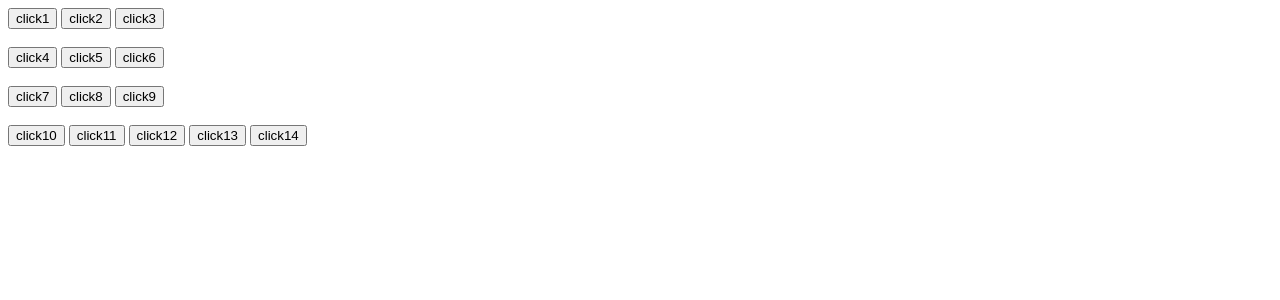
Repository: mirror-neuron/JsonStudy
Page: JsonApp01/WebContent/JsonTest10.html
An editor plug-in stored every save of this project. The page is shown before and after the next save, followed by the edit.
The browser window is 1280 px wide. The pictures show the whole page.

Above is the page before, as saved 2019-05-31 07:03:19.

### JsonApp01/WebContent/JsonTest10.html
<script type="text/javascript">

	/* 배열[]은 객체다 */
	var obj6 =
	[
		"test"
	]

	var obj6_1 =
	[
		"test1", "test2"
	]

	var obj6_2 =
	[
		"test1", "test2", 123, 123+1/* → 124(요소 자체가 숫자타입으로 취급됨) */
	]

	<!-- 자바스크립트 쪽에서 운영되는 데이터는 숫자형이든 문자형이든 시각적으로 똑같이 확인됨  -->

</script>

<form>

	<input type="button" value="click1" onclick="alert(obj6)"/>
	<!-- test -->
	<input type="button" value="click2" onclick="alert(obj6_1)"/>
	<!-- test1, test2 -->
	<input type="button" value="click3" onclick="alert(obj6_2)"/>
	<!-- test1, test2, 123, 124 -->
	<br><br>

	<input type="button" value="click4" onclick="alert(typeof obj6)"/>
	<!-- object -->
	<input type="button" value="click5" onclick="alert(typeof obj6_1)"/>
	<!-- object -->
	<input type="button" value="click6" onclick="alert(typeof obj6_2)"/>
	<!-- object -->

	<br><br>

	<input type="button" value="click7" onclick="alert(obj6[0])"/>
	<!-- test -->
	<input type="button" value="click8" onclick="alert(typeof obj6[0])"/>
	<!-- string -->
	<input type="button" value="click9" onclick="alert(typeof obj6[1])"/>
	<!-- undefined -->

	<br><br>

	<input type="button" value="click10" onclick="alert(obj6_1[0])" />
	<!-- test1 -->
	<input type="button" value="click11" onclick="alert(obj6_1[1])" />
	<!-- test2 -->
	<input type="button" value="click12" onclick="alert(typeof obj6_1[0])" />
	<!-- string -->
	<input type="button" value="click13" onclick="alert(typeof obj6_1[1])" />
	<!-- string -->
	<input type="button" value="click14" onclick="alert(obj6_1[0] + obj6_1[1])" />
	<!-- test1 test2 -->

	<br><br>

</form>

After the next save:
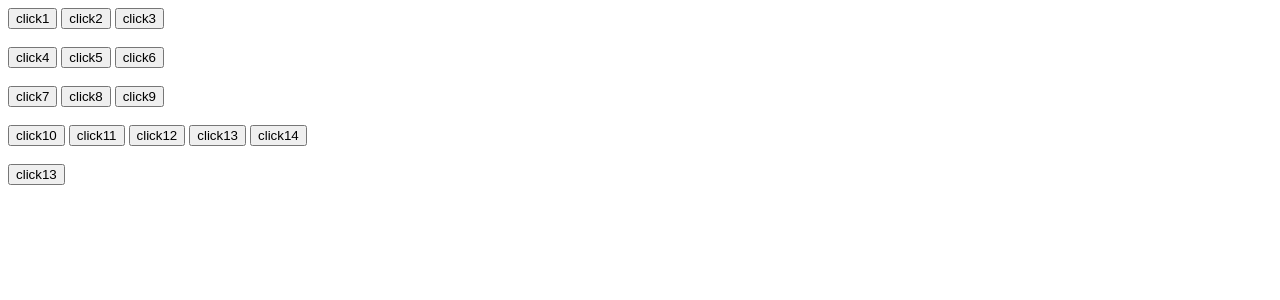
Saved 24 s later.
--- a/JsonApp01/WebContent/JsonTest10.html
+++ b/JsonApp01/WebContent/JsonTest10.html
@@ -60,5 +60,5 @@
 	<!-- test1 test2 -->
 
 	<br><br>
-
+	<input type="button" value="click13" onclick="alert(typeof obj6_2[1] )" />
 </form>
